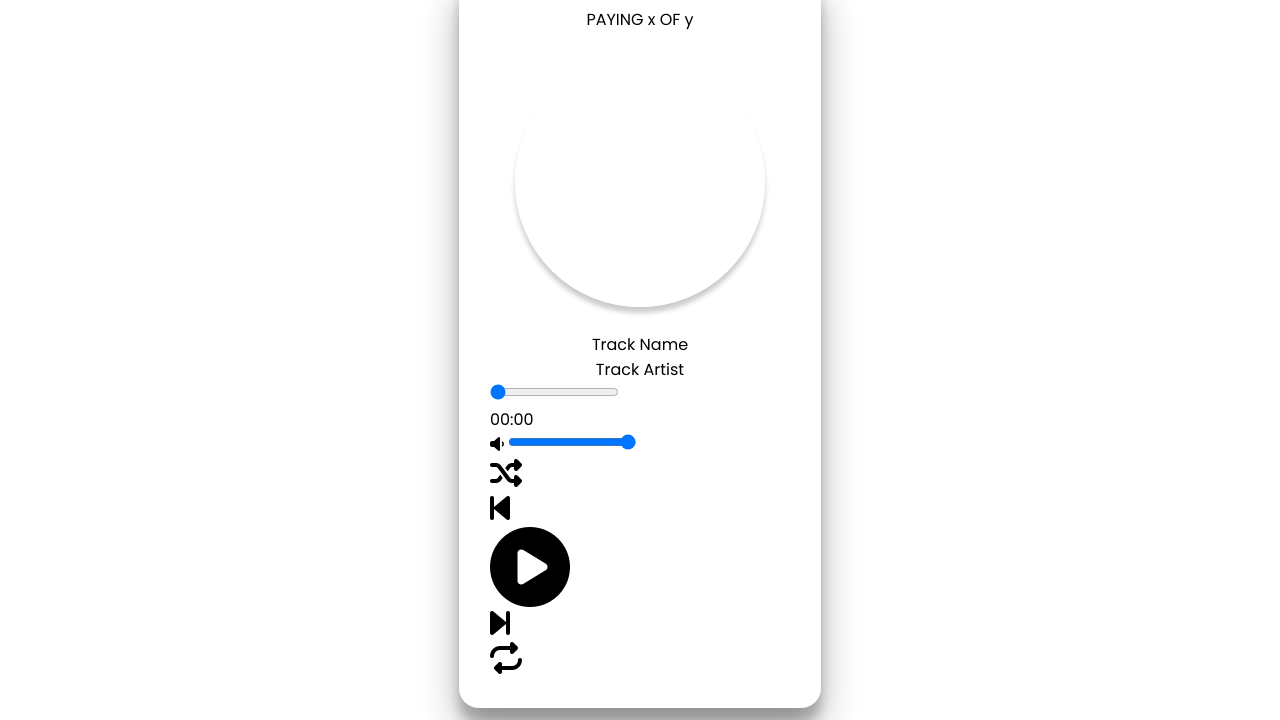
Repository: NguyenVietPhuQuy/Javascript-AudioPlayer
Page: index.html
These files come from the project's save history. The page is drawn as it stood at one moment and after the next save; the edit follows.
The browser window is 1280 px wide. The pictures show the whole page.

Above is the page before, as saved 2022-11-09 08:31:29.

### index.html
<!DOCTYPE html>
<html lang="en">
<head>
    <meta charset="UTF-8">
    <meta http-equiv="X-UA-Compatible" content="IE=edge">
    <meta name="viewport" content="width=device-width, initial-scale=1.0">
    <title>Music Player</title>
    <!--Font-Awesome-->
    <link rel="stylesheet" href="https://cdnjs.cloudflare.com/ajax/libs/font-awesome/6.2.0/css/all.min.css">
    <!--Css-->
    <link rel="stylesheet" href="index.css">
</head>
<body>
    <div class="player">
        <div class="wrapper">
            <div class="details">
                <div class="now-playing">PAYING x OF y</div>
                <div class="track-art"></div>
                <div class="track-name">Track Name</div>
                <div class="track-artist">Track Artist</div>
            </div>

            <div class="slider_container">
                <div class="current-time"></div>
                <input type="range" min="1" max="100" value="0"
                class="seek_slider" onchange="seekTo()">
                <div class="total-duration">00:00</div>
            </div>

            <div class="slider_container">
                <i class="fa fa-volume-down"></i>
                <input type="range" min="1" max="100" value="99"
                class="volume_slider" onchange="setVolume()">
            </div>

            <div class="buttons">
                <div class="random-track">
                    <i class="fas fa-random fa-2x" title="random"
                    onclick="randomTrack()"></i>
                </div>

                <div class="prev-track">
                    <i class="fas fa-step-backward fa-2x"
                    onclick="prevTrack()"></i>
                </div>

                <div class="playerpause-track">
                    <i class="fas fa-play-circle fa-5x"
                    onclick="playPauseTrack()"></i>
                </div>

                <div class="next-track">
                    <i class="fas fa-step-forward fa-2x"
                    onclick="nextTrack()"></i>
                </div>

                <div class="repeat-track">
                    <i class="fas fa-repeat fa-2x" title="repeat"
                    onclick="repeatTrack()"></i>
                </div>
            </div>

            <div id="wave">
                <span class="stroke"></span>
                <span class="stroke"></span>
                <span class="stroke"></span>
                <span class="stroke"></span>
                <span class="stroke"></span>
                <span class="stroke"></span>
                <span class="stroke"></span>
            </div>
        </div>
    </div>
    <!--Main-->
    <script src="index.js"></script>
</body>
</html>

### index.css
/*Font Google and base*/
@import url('https://fonts.googleapis.com/css2?family=Poppins&display=swap');
*{
    font-family: 'Poppins',sans-serif;
    box-sizing: border-box;
    margin: 0 auto;
}
img{
    width: 100%;
}
/*Main*/
.player{
    height: 95vh;
    display: flex;
    align-items: center;
    flex-direction: column;
    justify-content: center;
}
.wrapper{
    border: 1px solid transparent;
    padding: 30px;
    border-radius: 20px;
    box-shadow: rgba(0, 0, 0, 0.3) 0 19px 38px, rgba(0, 0, 0, 0.22) 0 15px 12px
}
.details{
    display: flex;
    align-items: center;
    flex-direction: column;
    justify-content: center;
}
.track-art{
    margin: 25px;
    height: 250px;
    width: 250px;
    border: 2px solid #fff;
    background-size: cover;
    background-position: center;
    box-shadow: 0px 6px 5px #ccc;
    border-radius: 190px;
}

Loaded but not shown: index.js (no copy from this time; the picture is the same without it)

After the next save:
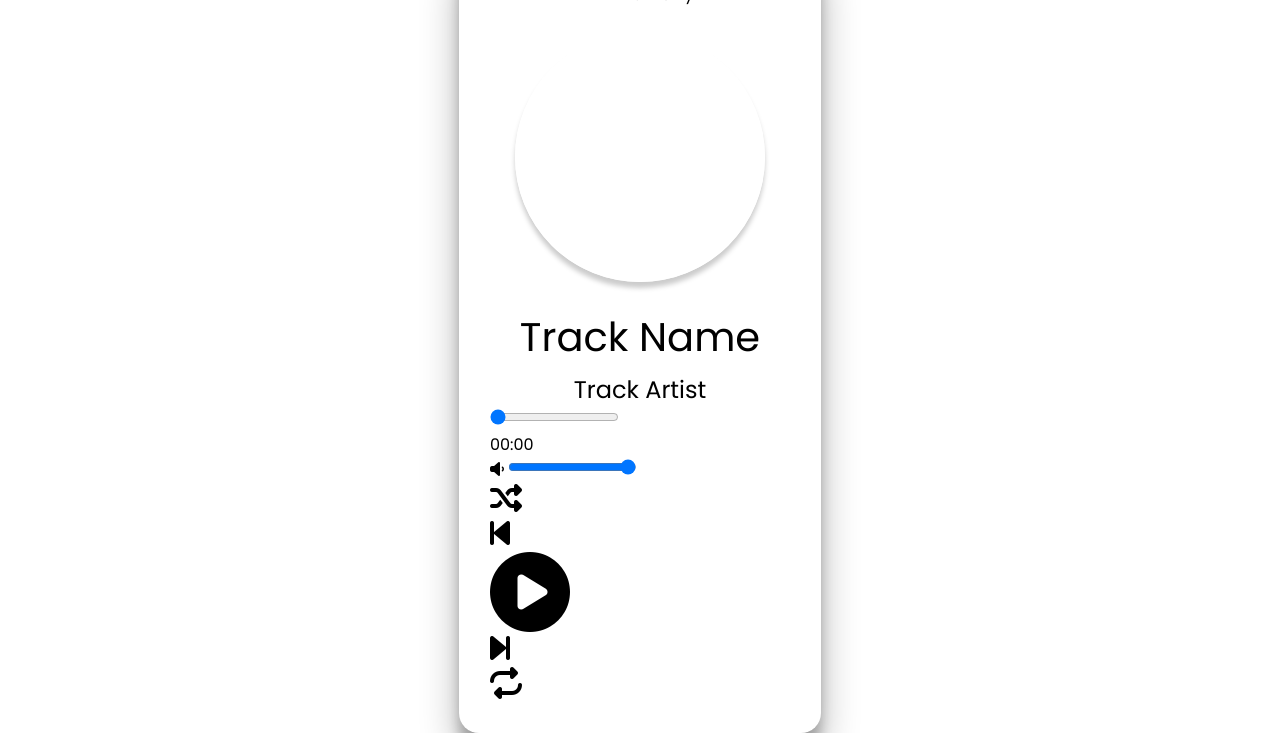
Saved 88 s later.
--- a/index.css
+++ b/index.css
@@ -38,3 +38,19 @@ img{
     box-shadow: 0px 6px 5px #ccc;
     border-radius: 190px;
 }
+.now-playing {
+    font-size: 1rem;
+}
+.track-name{
+    font-size: 2.5rem;
+}
+.track-artist{
+    margin-top: 5px;
+    font-size: 1.5rem;
+}
+.button{
+    display: flex;
+    flex-direction: row;
+    align-items: center;
+    margin-bottom: 30px;
+}
